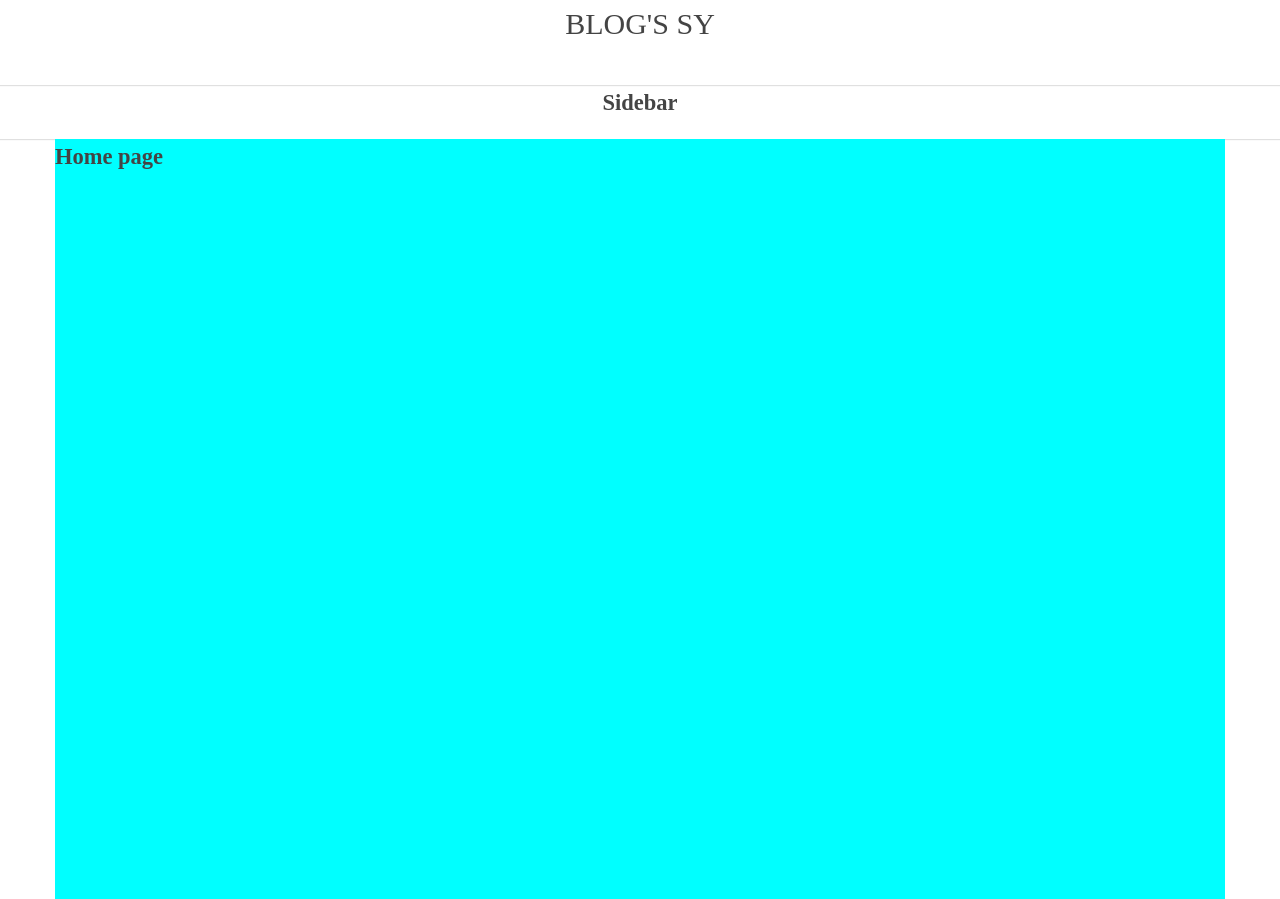
Repository: SyLe-Van/Make-Colorful
Page: /
The author's editor kept a copy of each file at every save. The page is drawn from the files as they stood at one save, then again after the next save.
The browser window is 1280 px wide. The pictures show the whole page.
Some web fonts or font styles are not loaded; a fallback is used. The project was rebuilt for these pictures with package versions that can differ from the ones it lists, and the page was loaded fresh each time. Also part of the build but not shown: src/pages/cinema/index.js, src/pages/fashion/index.js, src/pages/grooming/index.js, src/pages/lifestyle/index.js, src/pages/contact/index.js.

Above is the page before, as saved 2023-10-10 21:25:25.

After the next save:
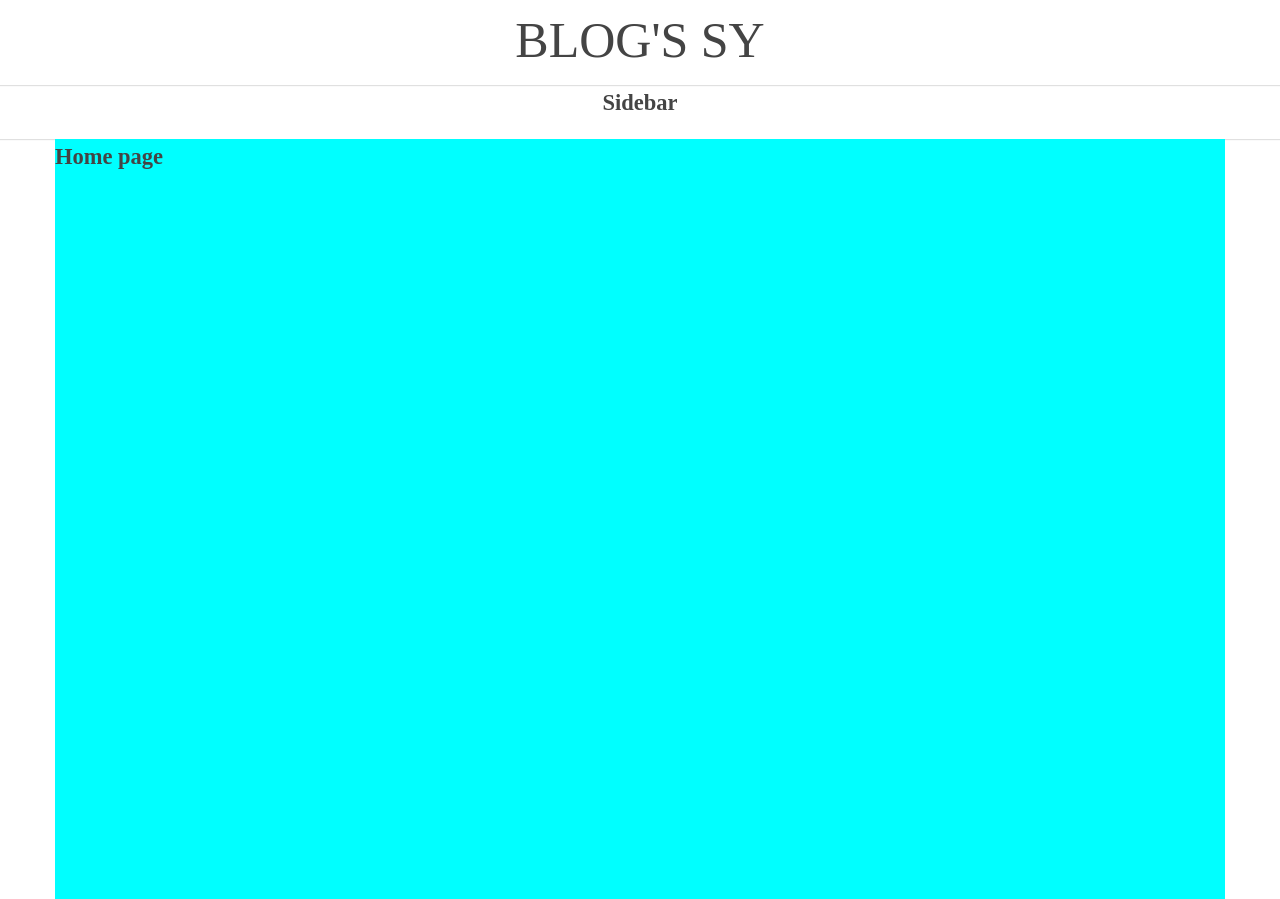
Saved 9 s later.
--- a/src/components/Layout/DefaultLayout/Header/Header.module.scss
+++ b/src/components/Layout/DefaultLayout/Header/Header.module.scss
@@ -7,5 +7,5 @@
 }
 .inner {
     background-color: #ffffff;
-    font-size: 30px;
+    font-size: 50px;
 }
